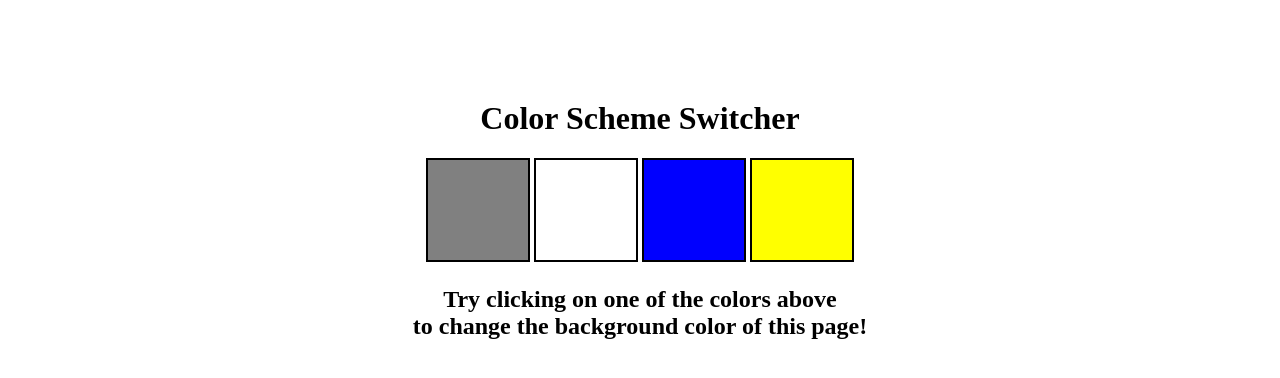
Repository: VishwaGoswami1407/JavaScript-Practice
Page: 07_projects/project1.html
These files come from the project's save history. The page is drawn as it stood at one moment and after the next save; the edit follows.
The browser window is 1280 px wide. The pictures show the whole page.
After loading, the first visible `#grey` was clicked once.

Above is the page before, as saved 2024-07-06 20:10:32.

After the next save:
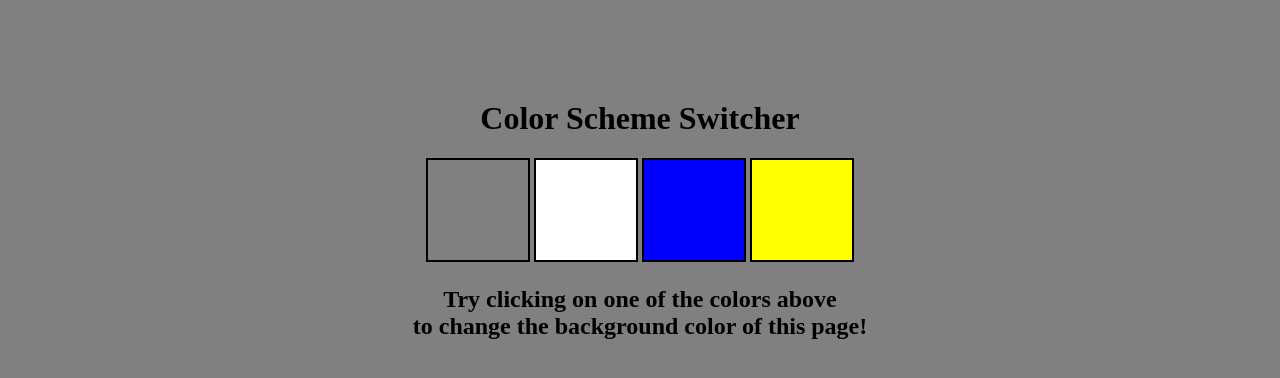
Saved 4 min 28 s later.
--- a/07_projects/project1.js
+++ b/07_projects/project1.js
@@ -8,6 +8,18 @@ buttons.forEach(function (button) {
     button.addEventListener('click', function(e){
         console.log(e);
         console.log(e.target);
+        if(e.target.id === 'grey'){
+            body.style.backgroundColor = "grey"
+        }
+        if(e.target.id === 'white'){
+            body.style.backgroundColor = "white"
+        }
+        if(e.target.id === 'yellow'){
+            body.style.backgroundColor = "yellow"
+        }
+        if(e.target.id ==='blue'){
+            body.style.backgroundColor = "blue"
+        }
 
     })
 })
